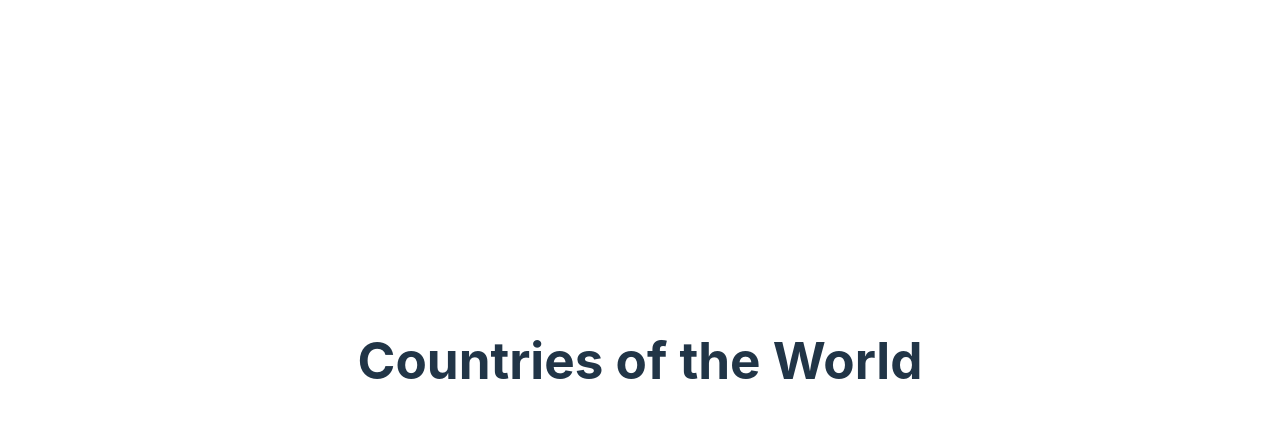
Repository: SamanthaYan298/my_world_kingdoms
Page: /
The author's editor kept a copy of each file at every save. The page is drawn from the files as they stood at one save, then again after the next save.
The browser window is 1280 px wide. The pictures show the whole page.
The page's requests for data from a server got no answer. The project was rebuilt for these pictures with package versions that can differ from the ones it lists, and the page was loaded fresh each time. No one was signed in, and anything a server would have sent is missing. Also part of the build but not shown: vite.config.js.

Above is the page before, as saved 2024-11-20 17:39:36.

### src/App.jsx
import { useEffect, useState } from 'react'
import './App.css'
import Countries from '../components/Countries';

function App() {

  const [query, setQuery] = useState('');
  const [countries, setCountries] = useState([]);
  const [fetchStatus, setFetchStatus] = useState('idle');

  // load data on mount - only load once
  useEffect(() => {
    const url = `https://restcountries.com/v3.1/all`;

    async function fetchData() {
      let response, data;
      try{
        setFetchStatus('loading');

        await new Promise(resolve => {
          setTimeout(resolve, 2000);
        })
        response = await fetch(url);
        data = await response.json();
        setCountries(data);
        setFetchStatus('idle');
      } catch(e) {
        setFetchStatus('error');
        console.error(e.message);
      }
    }

    fetchData();

  }, [query]);

  let filteredCountries = [...countries];

  return (
    <>
      <h1>Countries of the World</h1>

      <Countries countries={filteredCountries} />
    </>
  )
}

export default App

### components/Countries.jsx
import '../src/App.css'

function Countries({ countries }) {

    return (
      <div className='outer-container'>
        {countries.map((country, index) => (
            <div key={index} className='cards-container'>
              <div className='cards'>
                <div className='cards-header'>
                  <div>
                    <img src={country.flags.png} alt={`Flag of ${country.name.common}`} />
                  </div>
                  <h4 className='name'>{country.name.common}</h4>
                </div>
                <div>
                  <div className='country-info'>
                    <p>
                      <span><strong>Offical name: </strong></span>
                      <span>{country.name.official}</span>
                    </p>
                    <p>
                      <span><strong>Capital: </strong></span>
                      <span>{country.capital}</span>
                    </p>
                    <p>
                      <span><strong>Population: </strong></span>
                      <span>{country.population}</span>
                    </p>
                    <p>
                      <span><strong>Languages: </strong></span>
                      <span>{country.languages ? Object.values(country.languages).join(', ') : 'N/A'}</span>
                    </p>
                    <p>
                      <span><strong>Currency: </strong></span>
                      <span>{country.currencies ? Object.values(country.currencies).map(currency => currency.name).join(', ') : 'N/A'}</span>
                    </p>
                    <p>
                      <span><strong>Area (mi2): </strong></span>
                      <span>{country.area}</span>
                    </p>
                    <p>
                      <span><strong>Subregion: </strong></span>
                      <span>{country.subregion}</span>
                    </p>
                    <p>
                      <span><strong>Continents: </strong></span>
                      <span>{country.continents.join(', ')}</span>
                    </p>
                    <p>
                      <span><strong>Borders: </strong></span>
                      <span className='borders'>{country.borders}</span>
                    </p>
                    <div className='links'>
                      <a href={`https://www.google.com/maps/search/?api=1&query=${country.name.common}`} target="_blank">Show on Google Maps</a>
                    </div>
                  </div>
                </div>
              </div>
            </div>
          ))}
      </div>
    );
  }

  export default Countries;

Loaded but not shown: index.html (common file); src/main.jsx (common file); src/index.css (common file); src/App.css (common file)

After the next save:
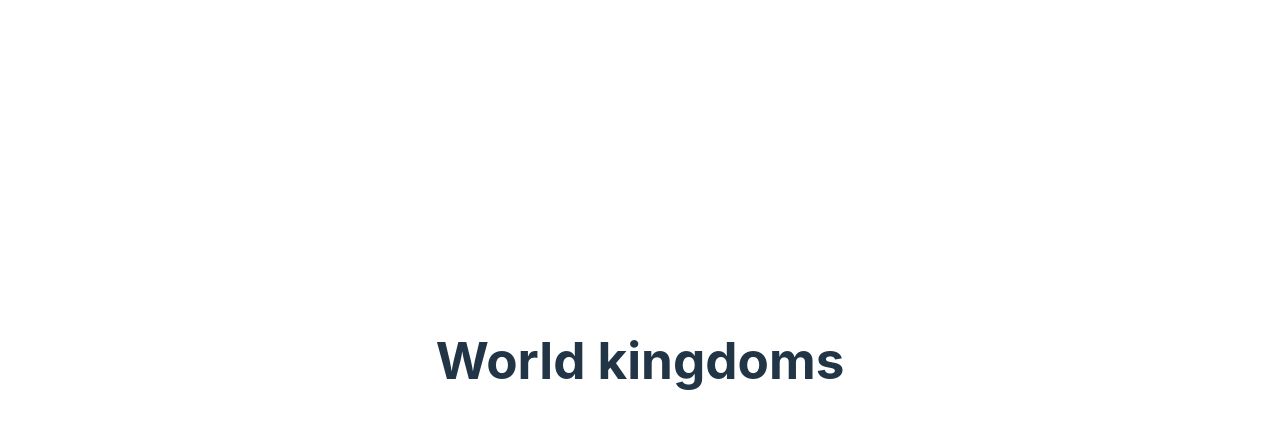
Saved 24 s later.
--- a/src/App.jsx
+++ b/src/App.jsx
@@ -38,7 +38,7 @@ function App() {
 
   return (
     <>
-      <h1>Countries of the World</h1>
+      <h1>World kingdoms</h1>
 
       <Countries countries={filteredCountries} />
     </>
